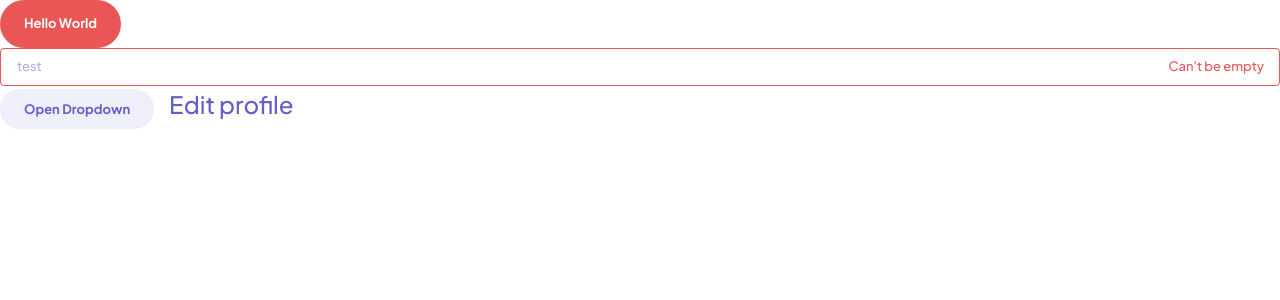
Repository: Baraajad231/Kanban-Board
Page: /
These files come from the project's save history. The page is drawn as it stood at one moment and after the next save; the edit follows.
The browser window is 1280 px wide. The pictures show the whole page.
The project was rebuilt for these pictures with package versions that can differ from the ones it lists, and the page was loaded fresh each time. Also part of the build but not shown: vite.config.js.

Above is the page before, as saved 2026-03-24 16:44:00.

### index.html
<!doctype html>
<html lang="en">
  <head>
    <meta charset="UTF-8" />
    <meta name="viewport" content="width=device-width, initial-scale=1.0" />
    <link rel="preconnect" href="https://fonts.googleapis.com" />
    <link rel="preconnect" href="https://fonts.gstatic.com" crossorigin />
    <link
      href="https://fonts.googleapis.com/css2?family=Plus+Jakarta+Sans:ital,wght@0,200..800;1,200..800&display=swap"
      rel="stylesheet"
    />
    <title>kanban-board</title>
  </head>
  <body>
    <div id="root"></div>
    <script type="module" src="/src/main.jsx"></script>
  </body>
</html>

### src/index.css
@import "tailwindcss";

@theme {
  --font-jakarta: "Plus Jakarta Sans", sans-serif;

  --color-transparent: transparent;
  --color-current: currentColor;

  --color-main-purple: #635fc7;
  --color-main-purple-hover: #a8a4ff;
  --color-white: #ffffff;
  --color-black: #000112;
  --color-very-dark-grey: #1e1e1e;
  --color-dark-grey: #2b2c37;
  --color-lines: #3e3f4e;
  --color-medium-grey: #828fa3;
  --color-lines-light: #e4ebfa;
  --color-light-grey: #f4f7fd;
  --color-red: #ea5555;
  --color-red-hover: #ff9898;

  /* أحجام الخطوط - التنسيق صحيح جداً لـ Tailwind v4 */
  --text-heading-s: 0.75rem;
  --text-heading-s--font-weight: 700;

  --text-heading-m: 0.9rem;
  --text-heading-m--font-weight: 700;

  --text-heading-l: 1.125rem;
  --text-heading-l--font-weight: 700;

  --text-heading-xl: 1.5rem;
  --text-heading-xl--font-weight: 700;

  --text-body-m: 0.75rem;
  --text-body-m--font-weight: 700;

  --text-body-l: 0.8125rem;
  --text-body-l--font-weight: 500;
}

### src/App.jsx
import Button from "./components/Button";
import DialogPrimitive from "./components/dialogPrimitive";
import DropdownPrimitive from "./components/DropDownPrimitive";
import TextField from "./components/TextField";

function App() {
  return (
    <div className="font-jakarta text-heading-xl text-main-purple">
      <Button variant="destructive" size="lg">
        Hello World
      </Button>
      <TextField placeholder="test" isInvalid />
      <DropdownPrimitive
        triggerComponent={() => (
          <Button variant="secondary" size="sm">
            Open Dropdown
          </Button>
        )}
        items={{
          edit: {
            label: "Edit board",
            onClick: () => console.log("Edit clicked"),
          },
          delete: {
            label: "Delete board",
            onClick: () => console.log("Delete clicked"),
          },
        }}
      />
      <DialogPrimitive />
    </div>
  );
}

export default App;

### src/components/Button.jsx
import { cva } from "class-variance-authority";

const button = cva(
  ["rounded-full", "font-bold", "px-6", "duration-200", "text-[13px]"],
  {
    variants: {
      variant: {
        primary: ["bg-main-purple", "text-white", "hover:bg-main-purple-hover"],
        // **or**
        // primary: "bg-blue-500 text-white border-transparent hover:bg-blue-600",
        secondary: [
          "bg-main-purple/10",
          "text-main-purple",
          "hover:bg-main-purple/25",
        ],
        destructive: ["bg-red", "text-white", "hover:bg-red-hover"],
      },
      size: {
        sm: ["h-10"],
        lg: ["h-12"],
      },
      isFullWidth: {
        true: ["w-full"],
      },
      // `boolean` variants are also supported!
      isDisabled: {
        true: ["opacity-25", "cursor-not-allowed", "hover:bg-main-purple"],
      },
    },

    defaultVariants: {
      variant: "primary",
      size: "lg",
    },
  },
);

const Button = ({
  children,
  variant,
  size,
  isFullWidth,
  isDisabled,
  className,
  ...props
}) => {
  return (
    <button
      className={button({ variant, size, isFullWidth, isDisabled, className })}
      {...props}
    >
      {children}
    </button>
  );
};
export default Button;

### src/components/dialogPrimitive.jsx
import { Dialog } from "radix-ui";
import { Cross2Icon } from "@radix-ui/react-icons";

const DialogPrimitive = () => (
  <Dialog.Root>
    <Dialog.Trigger asChild>
      <button className="bg-violet4 text-violet11 hover:bg-mauve3 focus-visible:outline-violet6 inline-flex h-[35px] items-center justify-center rounded px-[15px] leading-none font-medium outline-offset-1 outline-none select-none focus-visible:outline-2">
        Edit profile
      </button>
    </Dialog.Trigger>
    <Dialog.Portal>
      <Dialog.Overlay className="bg-blackA6 data-[state=open]:animate-overlayShow fixed inset-0" />
      <Dialog.Content className="bg-gray1 data-[state=open]:animate-contentShow fixed top-1/2 left-1/2 max-h-[85vh] w-[90vw] max-w-[500px] -translate-x-1/2 -translate-y-1/2 rounded-md p-[25px] shadow-[var(--shadow-6)] focus:outline-none">
        <Dialog.Title className="text-mauve12 m-0 text-[17px] font-medium">
          Edit profile
        </Dialog.Title>
        <Dialog.Description className="text-mauve11 mt-2.5 mb-5 text-[15px] leading-normal">
          Make changes to your profile here. Click save when you're done.
        </Dialog.Description>
        <fieldset className="mb-[15px] flex items-center gap-5">
          <label
            className="text-violet11 w-[90px] text-right text-[15px]"
            htmlFor="name"
          >
            Name
          </label>
          <input
            className="text-violet11 shadow-violet7 focus:shadow-violet8 inline-flex h-[35px] w-full flex-1 items-center justify-center rounded px-2.5 text-[15px] leading-none shadow-[0_0_0_1px] outline-none focus:shadow-[0_0_0_2px]"
            id="name"
            defaultValue="Pedro Duarte"
          />
        </fieldset>
        <fieldset className="mb-[15px] flex items-center gap-5">
          <label
            className="text-violet11 w-[90px] text-right text-[15px]"
            htmlFor="username"
          >
            Username
          </label>
          <input
            className="text-violet11 shadow-violet7 focus:shadow-violet8 inline-flex h-[35px] w-full flex-1 items-center justify-center rounded px-2.5 text-[15px] leading-none shadow-[0_0_0_1px] outline-none focus:shadow-[0_0_0_2px]"
            id="username"
            defaultValue="@peduarte"
          />
        </fieldset>
        <div className="mt-[25px] flex justify-end">
          <Dialog.Close asChild>
            <button className="bg-green4 text-green11 hover:bg-green5 focus-visible:outline-green6 inline-flex h-[35px] items-center justify-center rounded px-[15px] leading-none font-medium outline-offset-1 outline-none select-none focus-visible:outline-2">
              Save changes
            </button>
          </Dialog.Close>
        </div>
        <Dialog.Close asChild>
          <button
            className="text-violet11 bg-gray3 hover:bg-violet4 focus:shadow-violet7 absolute top-2.5 right-2.5 inline-flex size-[25px] appearance-none items-center justify-center rounded-full focus:shadow-[0_0_0_2px] focus:outline-none"
            aria-label="Close"
          >
            <Cross2Icon />
          </button>
        </Dialog.Close>
      </Dialog.Content>
    </Dialog.Portal>
  </Dialog.Root>
);

export default DialogPrimitive;

### src/components/DropDownPrimitive.jsx
import * as React from "react";
import { DropdownMenu } from "radix-ui";
import clsx from "clsx";
// طريقة بتخلينا نعمل document لل component تاعنا
// jsdocs
/**
 * @param {Object} props
 * @param {Function} props.triggerComponent
 * @param {Object} props.items
 * @param {string} props.items.label -- the text that will be shown in the dropdown item
 * @param {Function} props.items.onClick -- the function that will be called when the dropdown item is clicked
 * @returns {JSX.Element}
 */
const DropdownPrimitive = ({ triggerComponent, items }) => {
  return (
    <DropdownMenu.Root>
      <DropdownMenu.Trigger asChild>
        {triggerComponent && triggerComponent()}
      </DropdownMenu.Trigger>

      <DropdownMenu.Portal>
        <DropdownMenu.Content
          className="data-[side=bottom]:animate-slideUpAndFade data-[side=left]:animate-slideRightAndFade data-[side=right]:animate-slideLeftAndFade data-[side=top]:animate-slideDownAndFade min-w-55 rounded-md bg-white p-1.25 shadow-[0px_10px_38px_-10px_rgba(22,23,24,0.35),0px_10px_20px_-15px_rgba(22,23,24,0.2)] will-change-[opacity,transform]"
          sideOffset={32}
        >
          {items &&
            Object.keys(items).map((item) => (
              <DropdownMenu.Item
                key={items[item].label}
                onClick={items[item].onClick}
                className={clsx(
                  "group text-body-l data-highlighted:bg-light-grey cursor-pointer p-4 leading-none outline-none",
                  {
                    "text-red": items[item].label.includes("Delete"),
                  },
                )}
              >
                {items[item].label}
              </DropdownMenu.Item>
            ))}
        </DropdownMenu.Content>
      </DropdownMenu.Portal>
    </DropdownMenu.Root>
  );
};

export default DropdownPrimitive;

### src/components/TextField.jsx
import clsx from "clsx";

const TextField = ({
  placeholder,
  isInvalid,
  name,
  required,
  defaultValue,
}) => {
  return (
    <div className="relative flex min-w-80 flex-1 items-center">
      {isInvalid && (
        <span className="text-body-l text-red absolute right-4 text-sm">
          Can't be empty
        </span>
      )}

      <input
        type="text"
        name={name}
        defaultValue={defaultValue}
        placeholder={placeholder}
        required={required}
        className={clsx(
          "border-medium-gray/25 text-body-l w-full rounded-sm border py-2 pl-4",
          {
            "border-red pr-32": isInvalid,
            "pr-4": !isInvalid,
          },
        )}
      />
    </div>
  );
};

export default TextField;

Loaded but not shown: src/main.jsx (common file)

After the next save:
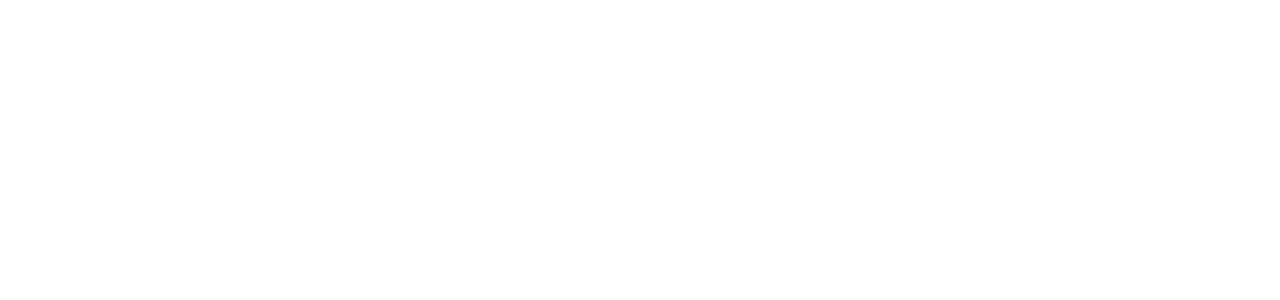
Console error: ReferenceError: Cross2Icon is not defined
Saved 2 min 4 s later.
--- a/src/components/dialogPrimitive.jsx
+++ b/src/components/dialogPrimitive.jsx
@@ -1,58 +1,57 @@
 import { Dialog } from "radix-ui";
-import { Cross2Icon } from "@radix-ui/react-icons";
 
 const DialogPrimitive = () => (
   <Dialog.Root>
     <Dialog.Trigger asChild>
-      <button className="bg-violet4 text-violet11 hover:bg-mauve3 focus-visible:outline-violet6 inline-flex h-[35px] items-center justify-center rounded px-[15px] leading-none font-medium outline-offset-1 outline-none select-none focus-visible:outline-2">
+      <button className="bg-violet4 text-violet11 hover:bg-mauve3 focus-visible:outline-violet6 inline-flex h-8.75 items-center justify-center rounded px-3.75 leading-none font-medium outline-offset-1 outline-none select-none focus-visible:outline-2">
         Edit profile
       </button>
     </Dialog.Trigger>
     <Dialog.Portal>
       <Dialog.Overlay className="bg-blackA6 data-[state=open]:animate-overlayShow fixed inset-0" />
-      <Dialog.Content className="bg-gray1 data-[state=open]:animate-contentShow fixed top-1/2 left-1/2 max-h-[85vh] w-[90vw] max-w-[500px] -translate-x-1/2 -translate-y-1/2 rounded-md p-[25px] shadow-[var(--shadow-6)] focus:outline-none">
+      <Dialog.Content className="bg-gray1 data-[state=open]:animate-contentShow fixed top-1/2 left-1/2 max-h-[85vh] w-[90vw] max-w-125 -translate-x-1/2 -translate-y-1/2 rounded-md p-6.25 shadow-(--shadow-6) focus:outline-none">
         <Dialog.Title className="text-mauve12 m-0 text-[17px] font-medium">
           Edit profile
         </Dialog.Title>
         <Dialog.Description className="text-mauve11 mt-2.5 mb-5 text-[15px] leading-normal">
           Make changes to your profile here. Click save when you're done.
         </Dialog.Description>
-        <fieldset className="mb-[15px] flex items-center gap-5">
+        <fieldset className="mb-3.75 flex items-center gap-5">
           <label
-            className="text-violet11 w-[90px] text-right text-[15px]"
+            className="text-violet11 w-22.5 text-right text-[15px]"
             htmlFor="name"
           >
             Name
           </label>
           <input
-            className="text-violet11 shadow-violet7 focus:shadow-violet8 inline-flex h-[35px] w-full flex-1 items-center justify-center rounded px-2.5 text-[15px] leading-none shadow-[0_0_0_1px] outline-none focus:shadow-[0_0_0_2px]"
+            className="text-violet11 shadow-violet7 focus:shadow-violet8 inline-flex h-8.75 w-full flex-1 items-center justify-center rounded px-2.5 text-[15px] leading-none shadow-[0_0_0_1px] outline-none focus:shadow-[0_0_0_2px]"
             id="name"
             defaultValue="Pedro Duarte"
           />
         </fieldset>
-        <fieldset className="mb-[15px] flex items-center gap-5">
+        <fieldset className="mb-3.75 flex items-center gap-5">
           <label
-            className="text-violet11 w-[90px] text-right text-[15px]"
+            className="text-violet11 w-22.5 text-right text-[15px]"
             htmlFor="username"
           >
             Username
           </label>
           <input
-            className="text-violet11 shadow-violet7 focus:shadow-violet8 inline-flex h-[35px] w-full flex-1 items-center justify-center rounded px-2.5 text-[15px] leading-none shadow-[0_0_0_1px] outline-none focus:shadow-[0_0_0_2px]"
+            className="text-violet11 shadow-violet7 focus:shadow-violet8 inline-flex h-8.75 w-full flex-1 items-center justify-center rounded px-2.5 text-[15px] leading-none shadow-[0_0_0_1px] outline-none focus:shadow-[0_0_0_2px]"
             id="username"
             defaultValue="@peduarte"
           />
         </fieldset>
-        <div className="mt-[25px] flex justify-end">
+        <div className="mt-6.25 flex justify-end">
           <Dialog.Close asChild>
-            <button className="bg-green4 text-green11 hover:bg-green5 focus-visible:outline-green6 inline-flex h-[35px] items-center justify-center rounded px-[15px] leading-none font-medium outline-offset-1 outline-none select-none focus-visible:outline-2">
+            <button className="bg-green4 text-green11 hover:bg-green5 focus-visible:outline-green6 inline-flex h-8.75 items-center justify-center rounded px-3.75 leading-none font-medium outline-offset-1 outline-none select-none focus-visible:outline-2">
               Save changes
             </button>
           </Dialog.Close>
         </div>
         <Dialog.Close asChild>
           <button
-            className="text-violet11 bg-gray3 hover:bg-violet4 focus:shadow-violet7 absolute top-2.5 right-2.5 inline-flex size-[25px] appearance-none items-center justify-center rounded-full focus:shadow-[0_0_0_2px] focus:outline-none"
+            className="text-violet11 bg-gray3 hover:bg-violet4 focus:shadow-violet7 absolute top-2.5 right-2.5 inline-flex size-6.25 appearance-none items-center justify-center rounded-full focus:shadow-[0_0_0_2px] focus:outline-none"
             aria-label="Close"
           >
             <Cross2Icon />

After the save that followed:
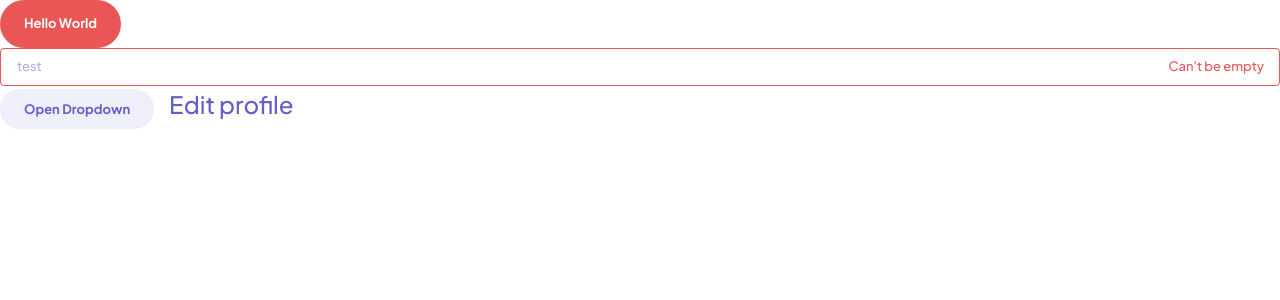
The error is gone.
Saved 25 s later.
--- a/src/components/dialogPrimitive.jsx
+++ b/src/components/dialogPrimitive.jsx
@@ -53,9 +53,7 @@
           <button
             className="text-violet11 bg-gray3 hover:bg-violet4 focus:shadow-violet7 absolute top-2.5 right-2.5 inline-flex size-6.25 appearance-none items-center justify-center rounded-full focus:shadow-[0_0_0_2px] focus:outline-none"
             aria-label="Close"
-          >
-            <Cross2Icon />
-          </button>
+          ></button>
         </Dialog.Close>
       </Dialog.Content>
     </Dialog.Portal>
